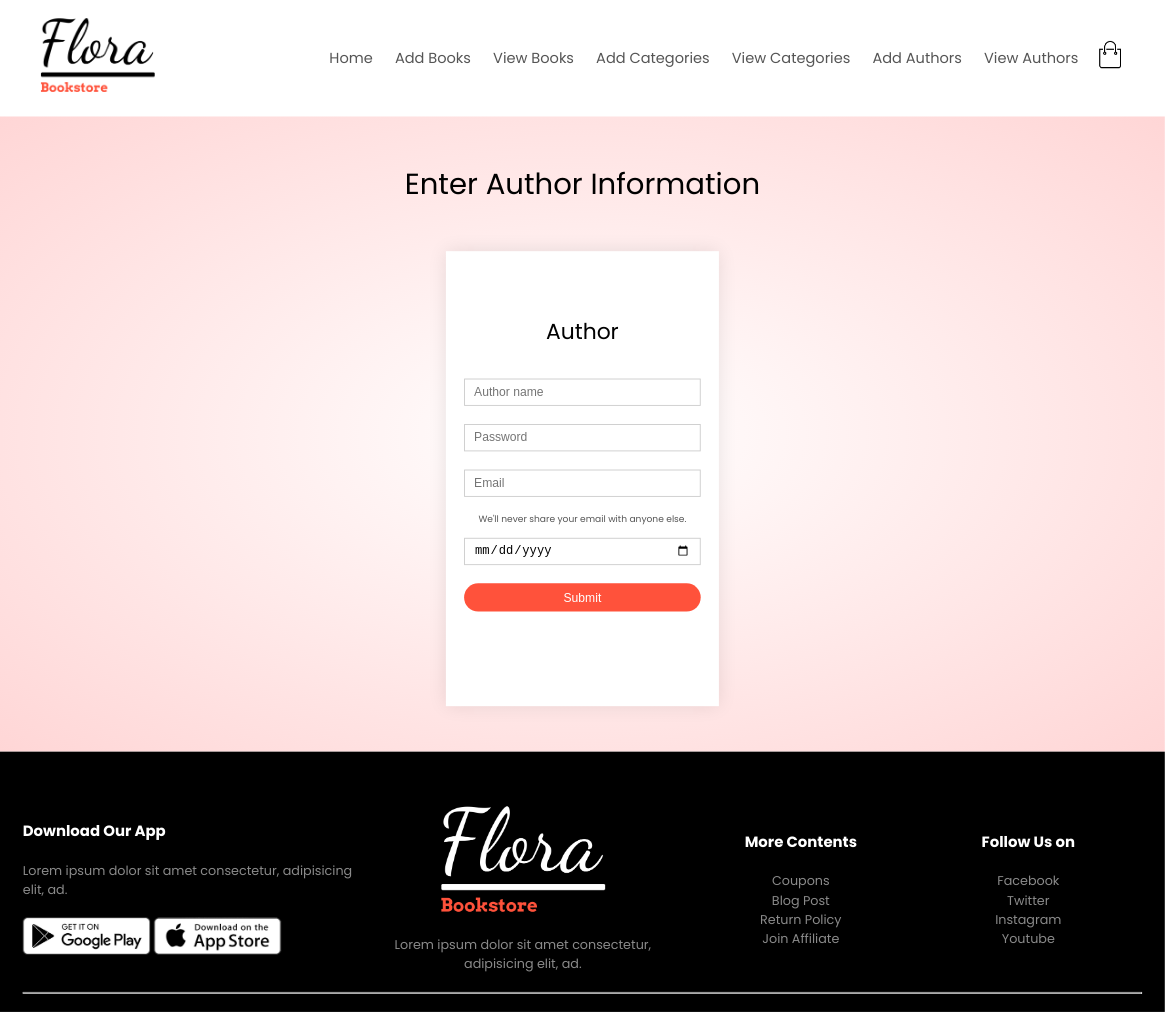
Repository: Uncaught-TypeError/Book-Store-System
Page: http://localhost/author
These files come from the project's save history. The page is drawn as it stood at one moment and after a run of saves; the edit follows.
The browser window is 1280 px wide. The pictures show the whole page, at 91% of full size.
Some web libraries are served in a nearby version. The page is this project's Thymeleaf template; nobody is signed in. The template is opened directly, without the code that normally fills it, so the values that code supplies are empty.

Above is the page before, as saved 2022-12-30 14:39:39.

After the next 2 saves:
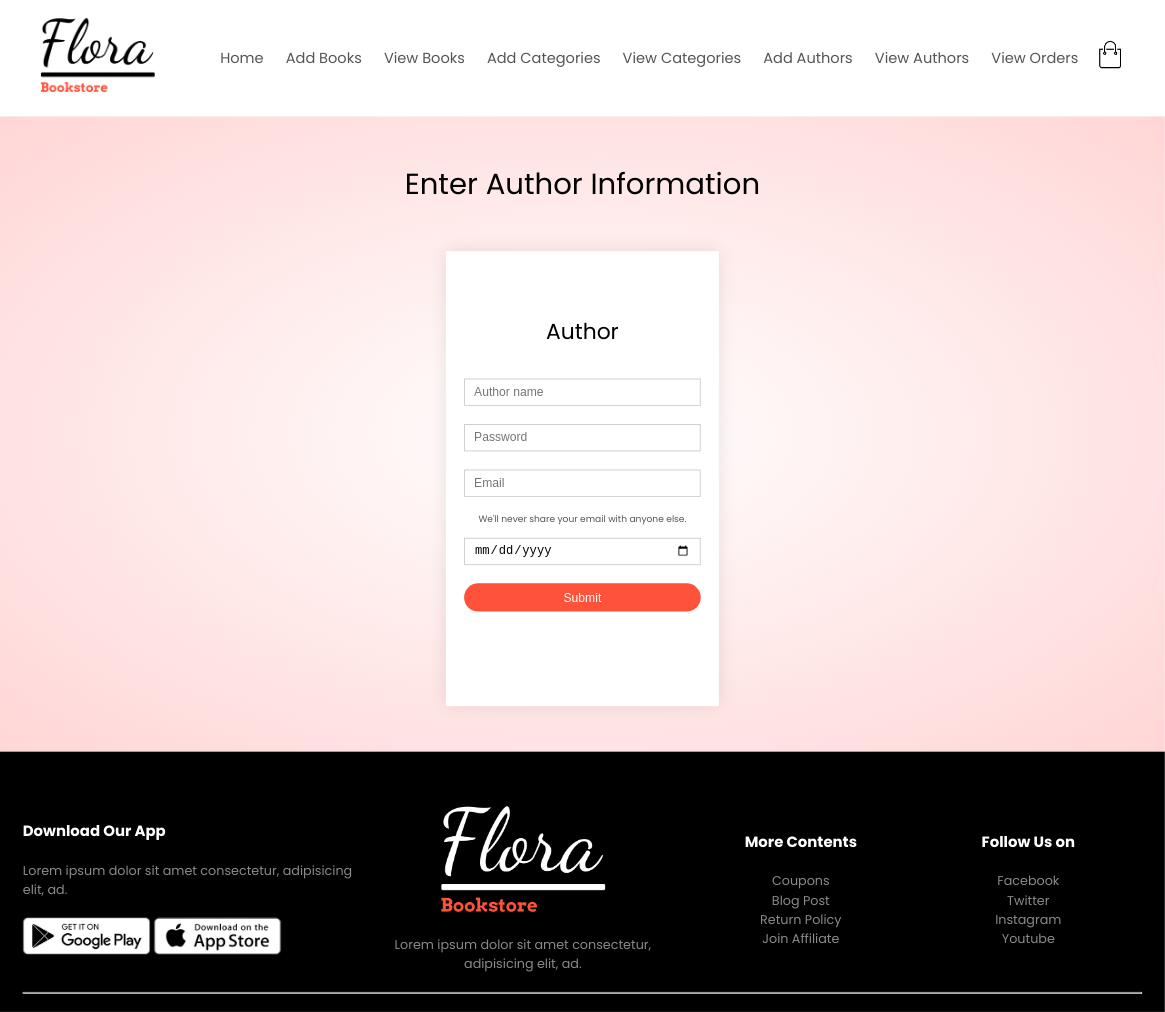
The 2 saves are shown as one change because 1 did not build or start.
The last was saved 59 min 27 s later.
--- a/Thymeleaf_Projects_Book_Store/src/main/resources/templates/author.html
+++ b/Thymeleaf_Projects_Book_Store/src/main/resources/templates/author.html
@@ -26,6 +26,7 @@
                     <li><a th:href="@{/categorytable}">View Categories</a></li>
                     <li><a th:href="@{/authorsform}">Add Authors</a></li>
                     <li><a th:href="@{/authortable}">View Authors</a></li>
+                    <li><a th:href="@{/vieworder}">View Orders</a></li>
                 </ul>
             </nav>
             <a href=""><img src="../images/cart.png" width="30px" height="30px"></a>
